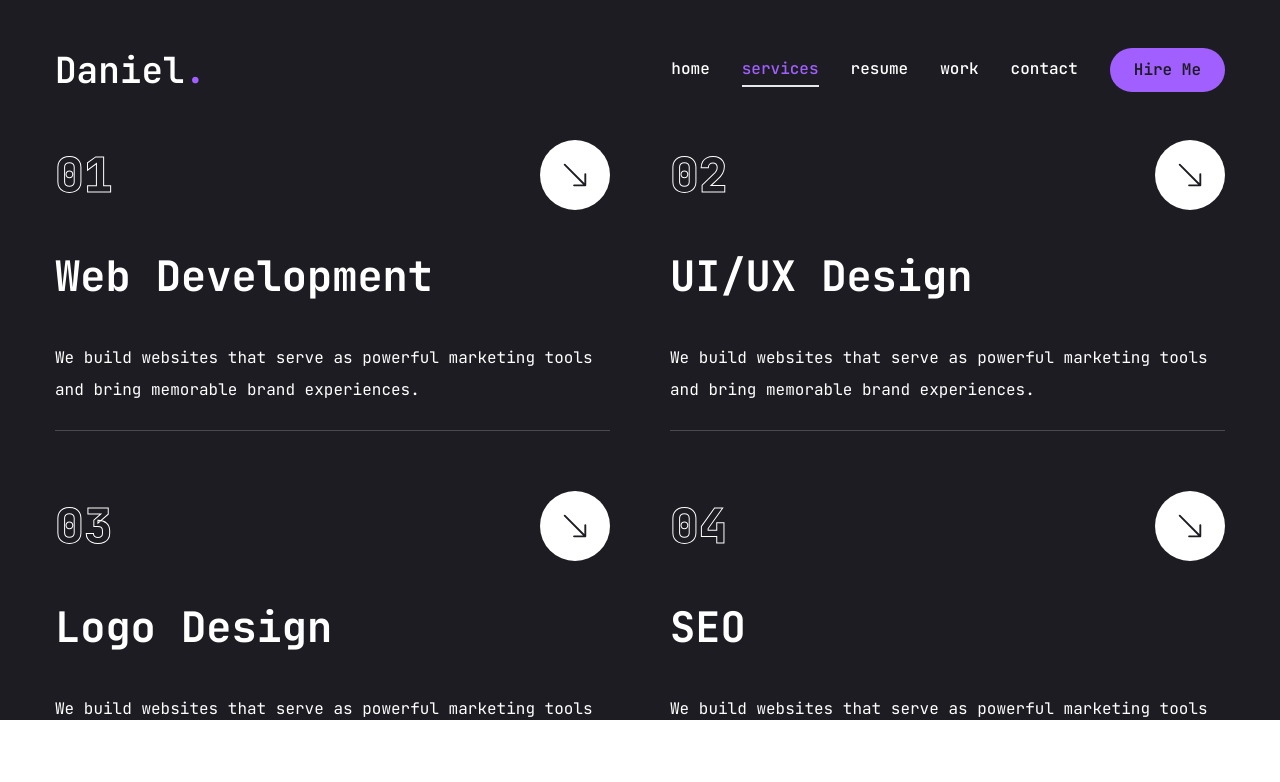
Repository: itsDarkos/Daniel-Portfolio
Page: /services
An editor plug-in stored every save of this project. The page is shown before and after a run of saves, followed by the edit.
The browser window is 1280 px wide. The pictures show the whole page.
The project was rebuilt for these pictures with package versions that can differ from the ones it lists, and the page was loaded fresh each time. The framework's server and built-in components were replaced by stand-ins that run in the browser. Also part of the build but not shown: next.config.mjs.

Above is the page before, as saved 2025-01-04 19:09:41.

After the next 7 saves:
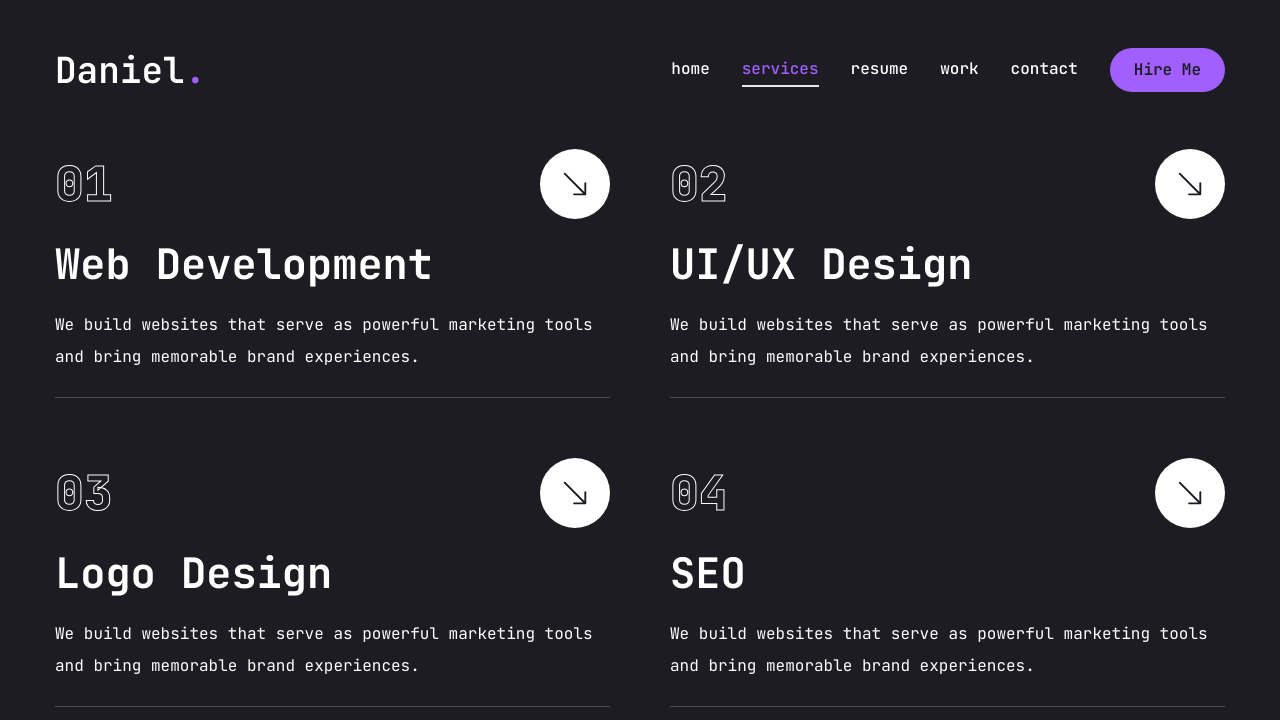
The 7 saves are shown as one change because they came seconds apart.
The last was saved 16 s later.
--- a/app/services/page.jsx
+++ b/app/services/page.jsx
@@ -64,7 +64,7 @@ const Services = () => {
                   </Link>
                 </div>
                 {/* tiltle */}
-                <h2 className="text-[42px] font-bold leading">{service.title}</h2>
+                <h2 className="text-[42px] font-bold leading-none text-white group-hover:text">{service.title}</h2>
                 {/* description */}
                 <p>{service.description}</p>
                 {/* border */}
